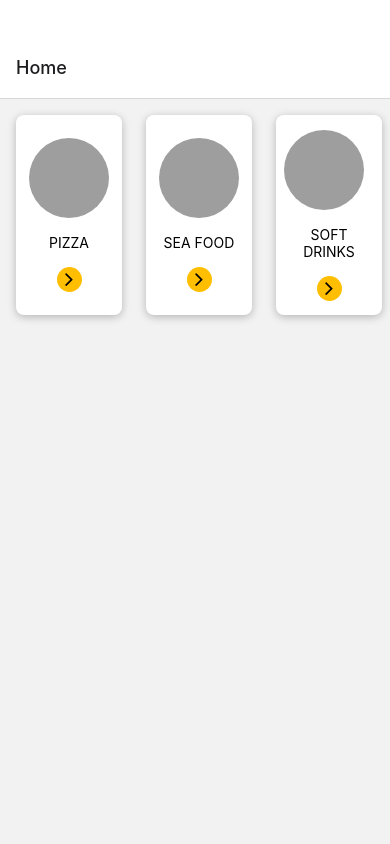
Repository: Esraa22M/ReactNative
Screen: /
These files come from the project's save history. The screen is drawn as it stood at one moment and after the next save; the edit follows.
Pictures or frames that could not be fetched are drawn as grey boxes. The app was drawn by React Native's web renderer in a window 390 px wide. The project was rebuilt for these pictures with package versions that can differ from the ones it lists, and the page was loaded fresh each time. Also part of the build but not shown: src/components/header/header.component.js, src/colors/front-screen-colors/user-auth-colors.js, src/components/header/header.styles.js, src/components/textInput/textInput.styles.js, src/components/textInput/textInput.components.jsx, src/components/singup-form-body/singup-form-body.components.js, src/screens/front-screen/Singup/singup-screen.screens.jsx, src/authentication/api/login-info.js and 2 more.

Above is the screen before, as saved 2023-09-21 02:24:12.

After the next save:
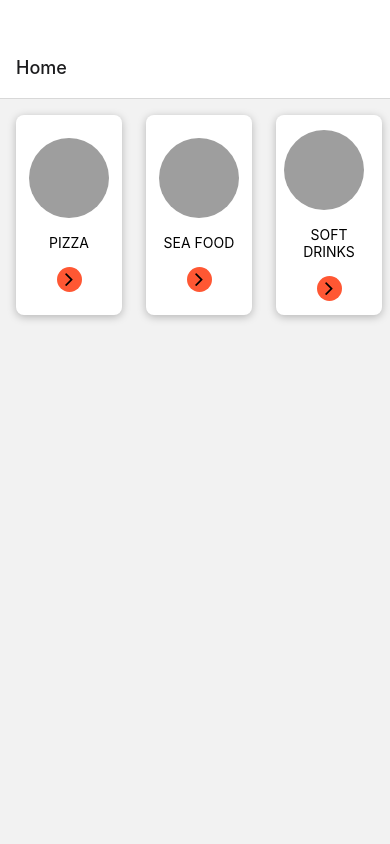
Saved 47 s later.
--- a/src/components/categories/category-item.components.js
+++ b/src/components/categories/category-item.components.js
@@ -47,7 +47,7 @@ const styles = StyleSheet.create({
     margin: 8,
   },
   angleRight: {
-    backgroundColor: HomeColors.ACTIVE_COLOR,
+    backgroundColor: HomeColors.DARK_COLOR,
     alignItems: "center",
     width: 25,
     height: 25,
